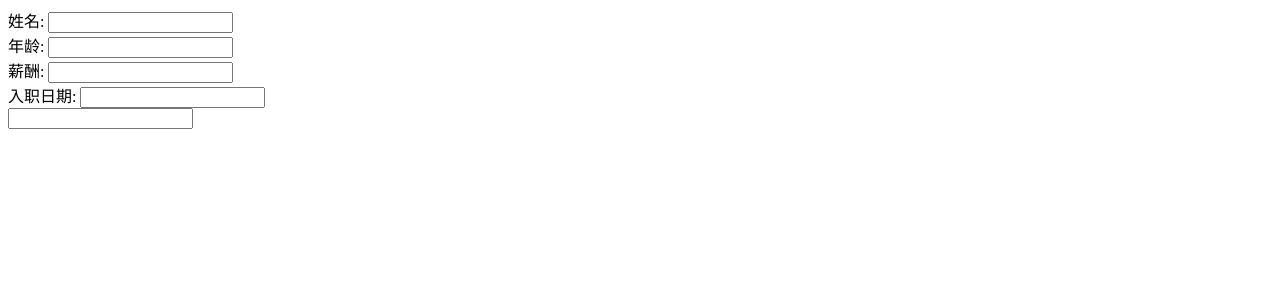
Repository: qyl1006/JavaApps
Page: http://localhost/web-045-tomcat-crud/student?cmd=edit
The author's editor kept a copy of each file at every save. The page is drawn from the files as they stood at one save, then again after the next save.
The browser window is 1280 px wide. The pictures show the whole page.
The page is served by Tomcat 9. Other server files are loaded and not shown.

Above is the page before, as saved 2018-03-05 07:03:37.

### workspace/web-045-tomcat-crud/webapp/WEB-INF/views/student/edit.jsp
<%@ page language="java" contentType="text/html; charset=UTF-8"
    pageEncoding="UTF-8"%>
<!DOCTYPE html PUBLIC "-//W3C//DTD HTML 4.01 Transitional//EN" "http://www.w3.org/TR/html4/loose.dtd">
<html>
<head>
<meta http-equiv="Content-Type" content="text/html; charset=UTF-8">
<title>Insert title here</title>
</head>
<body>

<form action="/student?cmd=saveOrUpdate" method="post"></form>
	姓名: <input type="text" name="name" value=""/><br>
	年龄: <input type="number" name="age" value=""/><br>
	薪酬: <input type="number" name="salary" value=""/><br>
	入职日期: <input type="text" name="hiredate" value=""/><br>
		<input />
</body>
</html>

### workspace/web-045-tomcat-crud/src/cn/wolfcode/web/servlet/StudentServlet.java
package cn.wolfcode.web.servlet;

import java.io.IOException;
import java.util.List;

import javax.servlet.ServletException;
import javax.servlet.annotation.WebServlet;
import javax.servlet.http.HttpServlet;
import javax.servlet.http.HttpServletRequest;
import javax.servlet.http.HttpServletResponse;

import cn.wolfcode.smis.dao.IStudentDAO;
import cn.wolfcode.smis.dao.impl.StudentDAOImpl;
import cn.wolfcode.smis.domain.Student;

@WebServlet("/student")
public class StudentServlet extends HttpServlet {
	private static final long serialVersionUID = 1L;

	private IStudentDAO dao;

	public void init() throws ServletException {
		dao = new StudentDAOImpl();
	}

	protected void service(HttpServletRequest req, HttpServletResponse resp)
			throws ServletException, IOException {

		req.setCharacterEncoding("utf-8");

		String cmd = req.getParameter("cmd");
		if("delete".equals(cmd)){
			delete(req, resp);
		}else if("edit".equals(cmd)){
			edit(req, resp);
		}
		else{
			list(req, resp);
		}
	}

	protected void list(HttpServletRequest req, HttpServletResponse resp)
			throws ServletException, IOException {

			List<Student> list = dao.list();
			req.setAttribute("students", list);
			req.getRequestDispatcher("/WEB-INF/views/student/list.jsp").forward(req, resp);
	}

	protected void delete(HttpServletRequest req, HttpServletResponse resp)
			throws ServletException, IOException {

		dao.delete(Long.valueOf(req.getParameter("id")));

		resp.sendRedirect("/student");
	}
	protected void edit(HttpServletRequest req, HttpServletResponse resp)
			throws ServletException, IOException {

		req.getRequestDispatcher("/WEB-INF/views/student/edit.jsp").forward(req, resp);
	}
	protected void saveOrUpdate(HttpServletRequest req, HttpServletResponse resp)
			throws ServletException, IOException {
	}

}

### workspace/web-045-tomcat-crud/src/cn/wolfcode/smis/dao/impl/StudentDAOImpl.java
package cn.wolfcode.smis.dao.impl;

import java.util.List;

import cn.wolfcode.smis.dao.IStudentDAO;
import cn.wolfcode.smis.domain.Student;
import cn.wolfcode.smis.handler.impl.BeanListHandler;
import cn.wolfcode.smis.util.JdbcTemplate;

public class StudentDAOImpl implements IStudentDAO {

	//增
	public void save(Student stu) {
		String sql = "insert t_student (name, age, salary, hiredate) values (?, ?, ?, ?)";
		JdbcTemplate.update(sql, stu.getName(), stu.getAge(), stu.getSalary(), stu.getHiredate());
	}

	//改
	public void update(Student stu) {
		String sql = "update t_student set name = ?, age = ?, salary = ?, hiredate = ? where id = ?";
		JdbcTemplate.update(sql, stu.getName(), stu.getAge(), stu.getSalary(), stu.getHiredate(), stu.getId());
	}

	//删
	public void delete(Long id) {
		String sql = "delete from t_student where id = ?";
		JdbcTemplate.update(sql, id);
	}

	//查
	public Student get(Long id) {
		String sql = "select * from t_student where id = ?";
		List<Student> list = JdbcTemplate.query(sql, new BeanListHandler<>(Student.class), id);
		return list.size() == 1 ? list.get(0) : null;
	}

	//查
	public List<Student> list() {
		String sql = "select * from t_student";
		return JdbcTemplate.query(sql, new BeanListHandler<>(Student.class));
	}

}

### workspace/web-045-tomcat-crud/src/cn/wolfcode/smis/handler/IResultSetHandler.java
package cn.wolfcode.smis.handler;

import java.sql.ResultSet;

/**
 * 处理结果集的规范
 * @author Qyuelin
 *
 * @param <T> 处理好的结果类型
 */
public interface IResultSetHandler<T> {
	/**
	 * 处理结果集的方法
	 * @param rs 被处理的结果集
	 * @return 返回处理好的结果
	 * @throws Exception
	 */
	T handler(ResultSet rs) throws Exception;
}

After the next save:
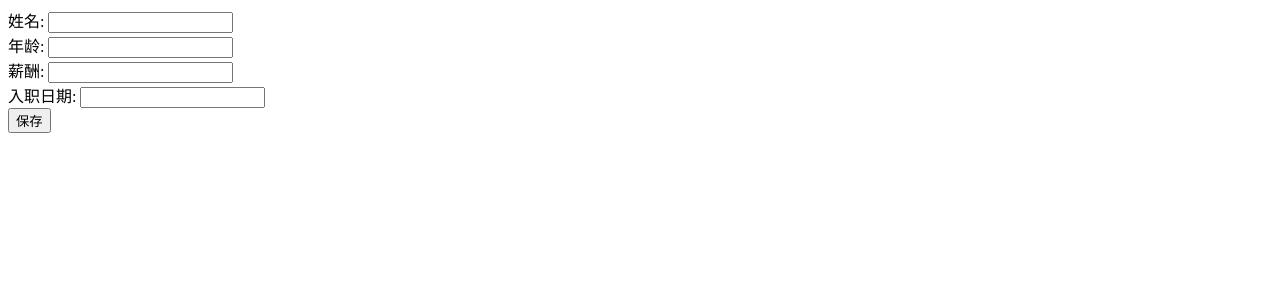
Saved 15 s later.
--- a/workspace/web-045-tomcat-crud/webapp/WEB-INF/views/student/edit.jsp
+++ b/workspace/web-045-tomcat-crud/webapp/WEB-INF/views/student/edit.jsp
@@ -13,6 +13,6 @@
 	年龄: <input type="number" name="age" value=""/><br>
 	薪酬: <input type="number" name="salary" value=""/><br>
 	入职日期: <input type="text" name="hiredate" value=""/><br>
-		<input />
+		<input type="submit" value="保存"/>
 </body>
 </html>
